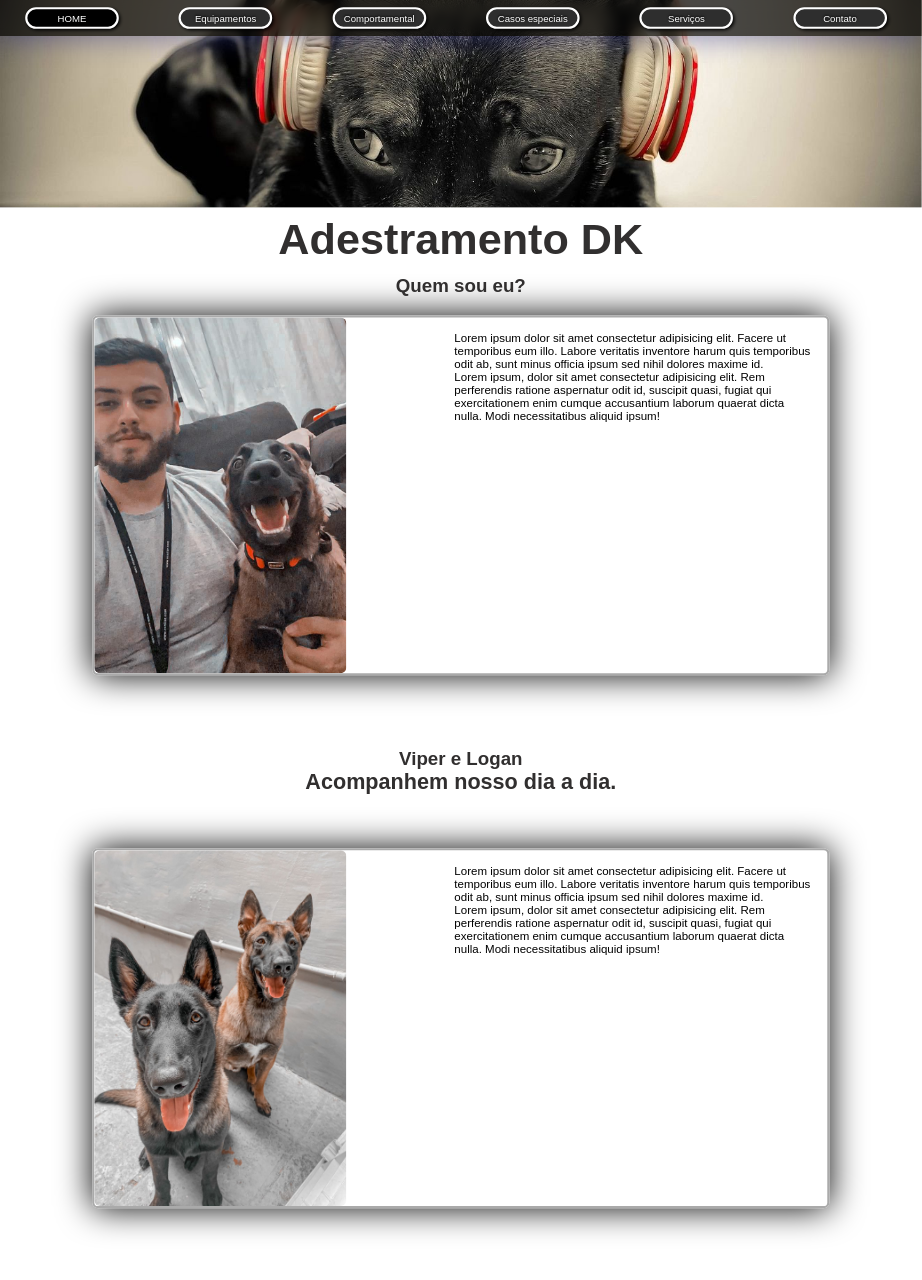
Repository: KevynMarques/Blog-React-StyledComponent
Page: /
An editor plug-in stored every save of this project. The page is shown before and after the next save, followed by the edit.
The browser window is 1280 px wide. The pictures show the whole page, at 72% of full size.
The project was rebuilt for these pictures with package versions that can differ from the ones it lists, and the page was loaded fresh each time. Also part of the build but not shown: src/Components/Equipamentos/style.jsx, src/Components/Equipamentos/index.jsx, src/Components/Comportamental/style.jsx, src/Components/Comportamental/index.jsx, src/Components/Clientes/style.jsx, src/Components/Clientes/index.jsx, src/Components/Serviços/index.jsx, src/Components/Contato/index.jsx.

Above is the page before, as saved 2022-02-10 20:19:05.

After the next save:
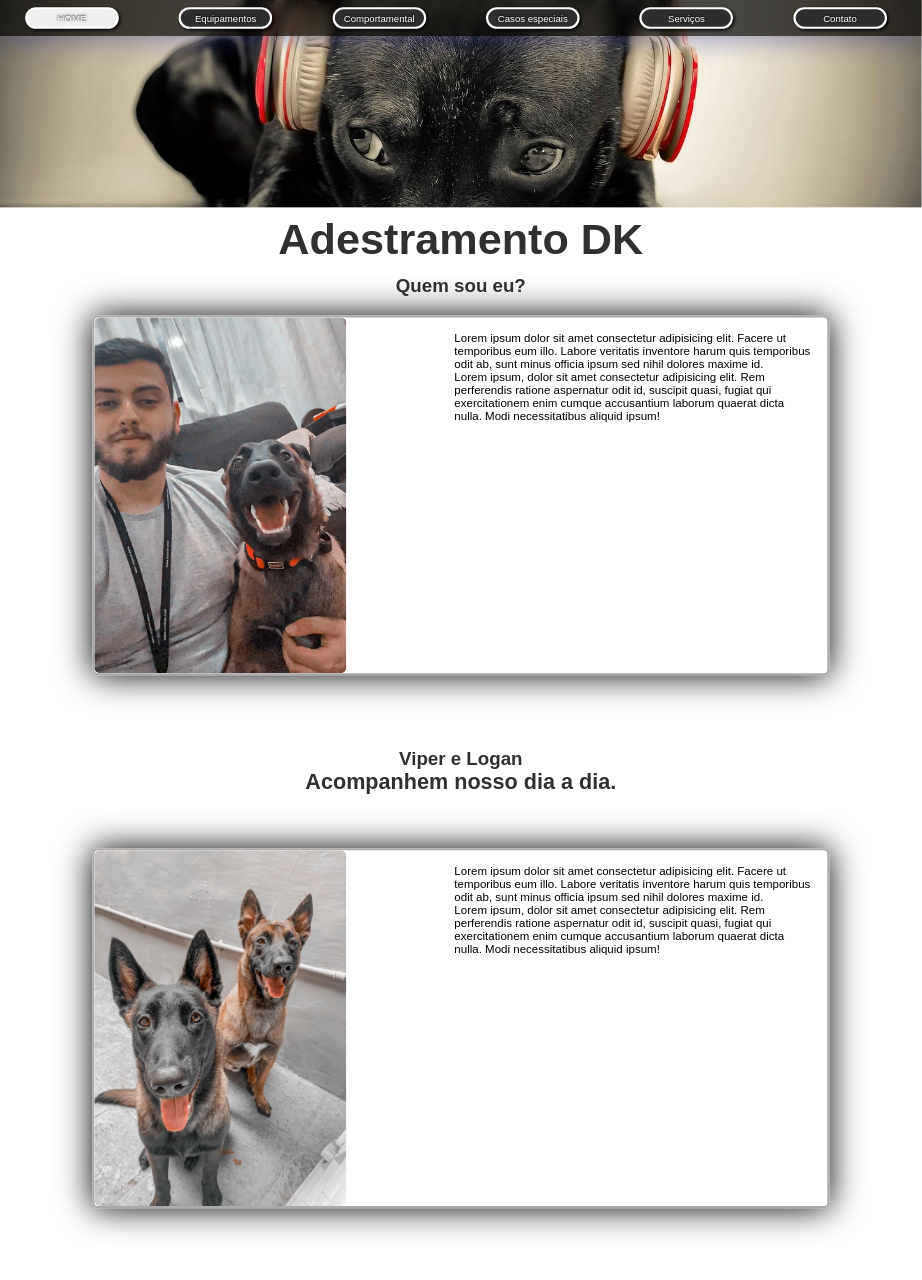
Saved 19 s later.
--- a/src/Components/Home/Style.jsx
+++ b/src/Components/Home/Style.jsx
@@ -22,7 +22,6 @@ export const HomeB = styled.button `
 font-family: Arial, Helvetica, sans-serif;
 font-style:normal;
 color:#ffffff;
-background:#000000;
 border:3px solid #ffffff;
 text-shadow:0px -1px 3px #000000;
 box-shadow:2px 2px 5px #000000;
